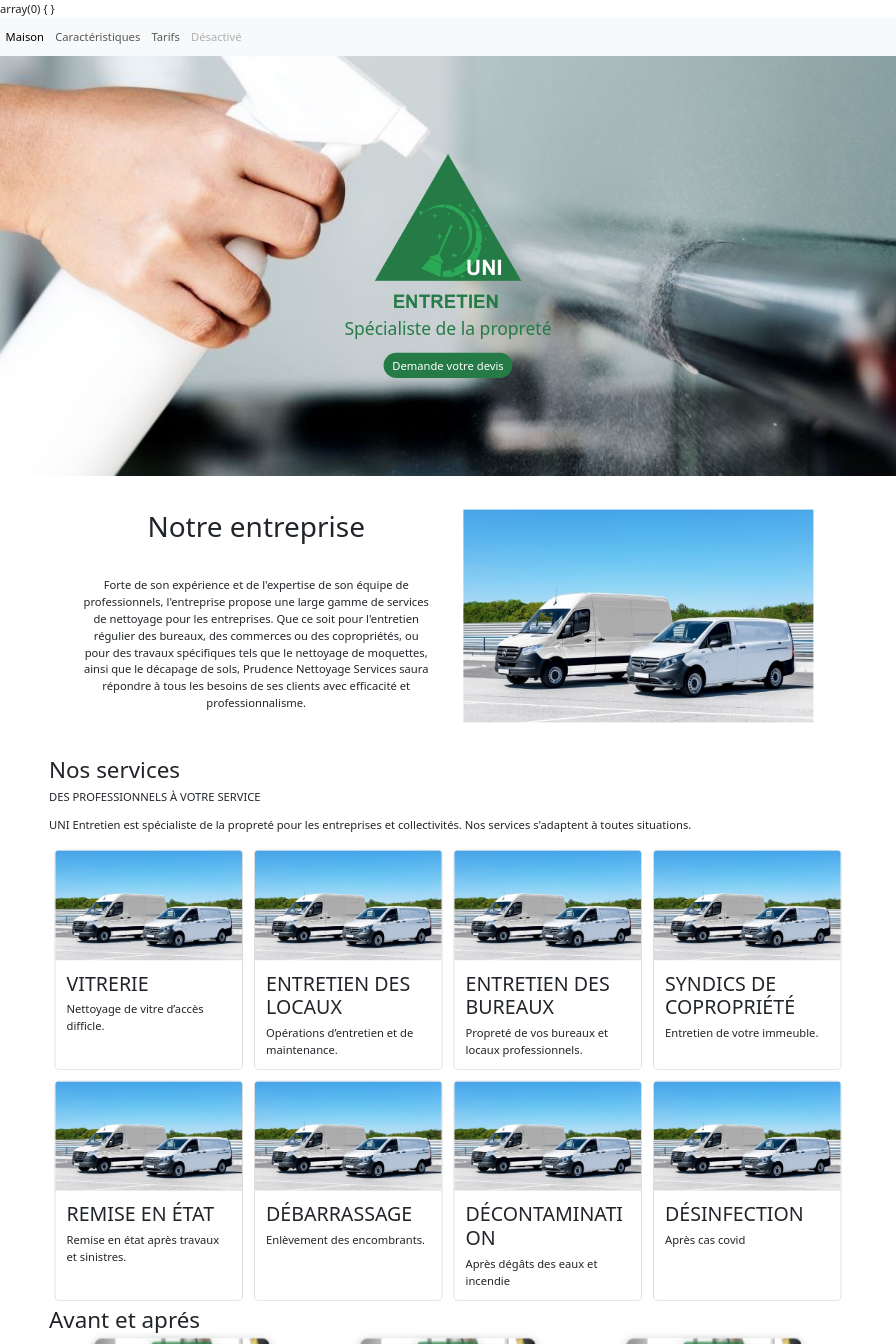
Repository: tomrib/site-UNI
Page: http://localhost/
An editor plug-in stored every save of this project. The page is shown before and after a run of saves, followed by the edit.
The browser window is 1280 px wide. The pictures show the part of the page from y = 0 to 1920 px (the page is 2638 px tall before and 720 px after), at 70% of full size.
The page is run by PHP 8.4 with error messages shown; the project is at /var/www/html/.

Above is the page before, as saved 2023-12-01 13:01:30.

After the next 4 saves:
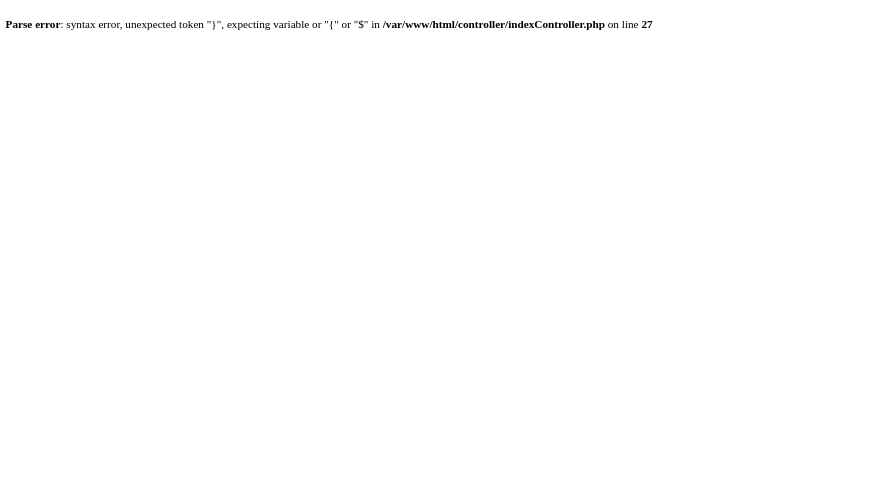
The 4 saves are shown as one change because they came seconds apart.
The last was saved 11 s later.
--- a/controller/indexController.php
+++ b/controller/indexController.php
@@ -22,5 +22,7 @@
 if (!empty($_POST)) {
     if(!empty($_POST['firstname'])){
 
+    } else {
+        $
     }
 }

After the 2 saves that followed:
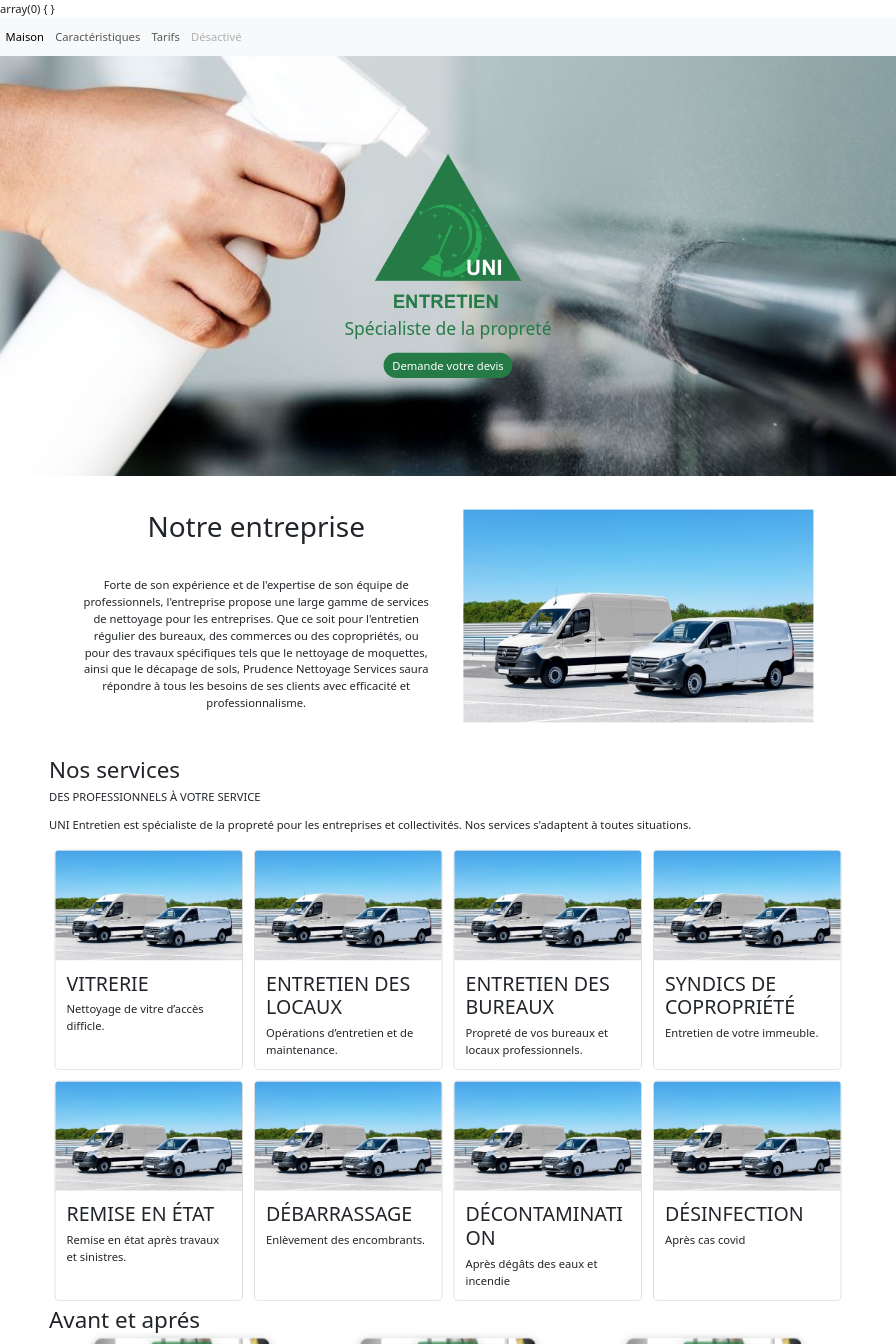
The 2 saves are shown as one change because they came seconds apart.
The last was saved 7 s later.
--- a/controller/indexController.php
+++ b/controller/indexController.php
@@ -23,6 +23,6 @@
     if(!empty($_POST['firstname'])){
 
     } else {
-        $
+        $formError = "";
     }
 }
